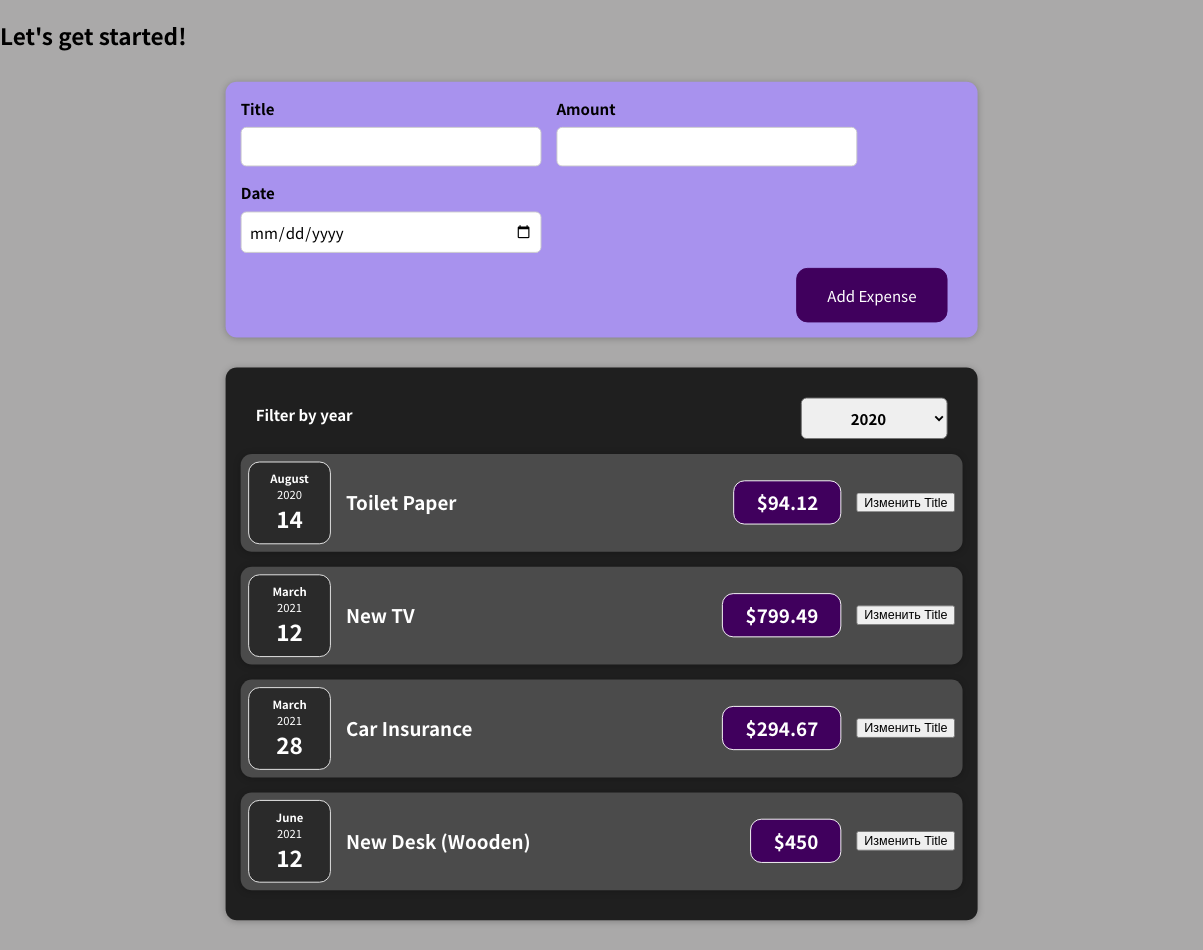
Repository: otvertka/MSC
Page: /
An editor plug-in stored every save of this project. The page is shown before and after the next save, followed by the edit.
The browser window is 1280 px wide. The pictures show the whole page, at 94% of full size.
The project was rebuilt for these pictures with package versions that can differ from the ones it lists, and the page was loaded fresh each time.

Above is the page before, as saved 2023-06-25 12:47:36.

### src/index.css
@import url("https://fonts.googleapis.com/css2?family=Noto+Sans+JP:wght@400;700&display=swap");

* {
  box-sizing: border-box;
}

html {
  font-family: "Noto Sans JP", sans-serif;
}

body {
  margin: 0;
  background-color: #aaa9a9;
}

### src/App.js
// import ExpenseItem from "./components/ExpenseItem";
import Expenses from "./components/Expenses/Expenses";
import React from "react";
import NewExpense from "./components/NewExpense/NewExpense";
// import Products from "./components/Products";

const App = () => {
  const expenses = [
    {
      id: "e1",
      title: "Toilet Paper",
      amount: 94.12,
      date: new Date(2020, 7, 14),
    },
    { id: "e2", title: "New TV", amount: 799.49, date: new Date(2021, 2, 12) },
    {
      id: "e3",
      title: "Car Insurance",
      amount: 294.67,
      date: new Date(2021, 2, 28),
    },
    {
      id: "e4",
      title: "New Desk (Wooden)",
      amount: 450,
      date: new Date(2021, 5, 12),
    },
  ];

  const addExpenseHandler = (expense) => {
    console.log("In App.js");
    console.log(expense);
  };

  return (
    <div>
      <h2>Let's get started!</h2>
      <NewExpense onAddExpense={addExpenseHandler} />
      <Expenses items={expenses} />
    </div>
  );
};

export default App;

### src/components/Expenses/Expenses.js
import React, { useState } from "react";
import ExpenseItem from "./ExpenseItem";

import "./Expenses.css";
import Card from "../UI/Card";
import ExpensesFilter from "./ExpensesFilter";

const Expenses = (props) => {
  const [filteredYear, setFilteredYear] = useState("2020");
  const [filterInfoText, setFilterInfoText] = useState("2019, 2021 & 2022");

  const filterChangeHandler = (selectedYear) => {
    setFilteredYear(selectedYear);
    if (selectedYear === "2019") {
      setFilterInfoText("2020, 2021 & 2022");
    } else if (selectedYear === "2020") {
      setFilterInfoText("2019, 2020, 2022");
    } else if (selectedYear === "2021") {
      setFilterInfoText("2019, 2020 & 2022");
    } else {
      setFilterInfoText("2019, 2020 & 2021");
    }
  };
  return (
    <div>
      <Card className="expenses">
        <ExpensesFilter
          selected={filteredYear}
          onChangeFilter={filterChangeHandler}
        />
        <ExpenseItem
          title={props.items[0].title}
          amount={props.items[0].amount}
          date={props.items[0].date}
        />
        <ExpenseItem
          title={props.items[1].title}
          amount={props.items[1].amount}
          date={props.items[1].date}
        />
        <ExpenseItem
          title={props.items[2].title}
          amount={props.items[2].amount}
          date={props.items[2].date}
        />
        <ExpenseItem
          title={props.items[3].title}
          amount={props.items[3].amount}
          date={props.items[3].date}
        />
      </Card>
    </div>
  );
};

export default Expenses;

### src/components/NewExpense/NewExpense.js
import React from "react";
import ExpenseForm from "./ExpenseForm";
import "./NewExpense.css";

const NewExpense = (props) => {
  const saveExpenseDataHandler = (enteredExpenseData) => {
    const expenseData = {
      ...enteredExpenseData,
      id: Math.random().toString(),
    };
    props.onAddExpense(expenseData);
  };

  return (
    <div className="new-expense">
      <ExpenseForm onSaveExpenseData={saveExpenseDataHandler} />
    </div>
  );
};
export default NewExpense;

### src/components/Expenses/ExpenseItem.js
import React, { useState } from "react";
import Card from "../UI/Card";
import ExpenseDate from "./ExpenseDate";
import "./ExpenseItem.css";

const ExpenseItem = (props) => {
  const [title, setTitle] = useState(props.title);
  console.log("ExpenseItem evaluated by React");

  const clickHandler = () => {
    setTitle("Обновили!");
  };
  return (
    //
    <Card className="expense-item">
      <ExpenseDate date={props.date} />
      <div className="expense-item__description">
        <h2>{title}</h2>
        <div className="expense-item__price">${props.amount}</div>
        <button onClick={clickHandler}>Изменить Title</button>
      </div>
    </Card>
  );
};

export default ExpenseItem;

### src/components/Expenses/ExpensesFilter.js
import React from "react";

import "./ExpensesFilter.css";

// const ExpensesFilter = (props) => {
//     const chooseExpenseFilter = (choosingFilterData)=> {
//         const choosingData = {
//             choosingFilterData
//         }
//         props.onChooseFilter(choosingData)
//     }
const ExpensesFilter = (props) => {
  const dropdownChangeHandler = (event) => {
    props.onChangeFilter(event.target.value);
  };
  return (
    <div className="expenses-filter">
      <div className="expenses-filter__control">
        <label>Filter by year</label>
        <select value={props.selected} onChange={dropdownChangeHandler}>
          <option value="2022">2022</option>
          <option value="2021">2021</option>
          <option value="2020">2020</option>
          <option value="2019">2019</option>
        </select>
      </div>
    </div>
  );
};

export default ExpensesFilter;

### src/components/NewExpense/ExpenseForm.js
import React, { useState } from "react";
import "./ExpenseForm.css";

const ExpenseForm = (props) => {
  const [enteredTitle, setEnteredTitle] = useState("");
  const [enteredAmount, setEnteredAmount] = useState("");
  const [enteredDate, setEnteredDate] = useState("");

  // const [userInput, setUserInput] = useState({
  //   enteredTitle: "",
  //   enteredAmount: "",
  //   enteredDate: "",
  // });

  const titleChangeHandler = (event) => {
    setEnteredTitle(event.target.value);
    console.log(event.target.value);
    // setUserInput({
    //   ...userInput,
    //   enteredTitle: event.target.value,
    // });
    // console.log(enteredTitle);

    // setUserInput((prevState) => {
    //   return { ...prevState, enteredTitle: event.target.value };
    // });
  };

  const amountChangeHandler = (event) => {
    setEnteredAmount(event.target.value);
    // setUserInput({
    //   ...userInput,
    //   enteredAmount: event.target.value,
    // });
    // console.log(enteredAmount);
  };

  const dateChangeHandler = (event) => {
    setEnteredDate(event.target.value);
    // setUserInput({
    //   ...userInput,
    //   enteredDate: event.target.value,
    // });
    // console.log(enteredDate);
  };

  // альтернативный способ в 1 функции
  // const inputChangeHandler = (identifier, value) => {
  //   if (identifier === "title") {
  //     setEnteredTitle(value);
  //   } else if (identifier === "date") {
  //     setEnteredDate(value);
  //   } else {
  //     setEnteredAmount(value);
  //   }
  //   console.log(value);
  // };

  const submitHandler = (event) => {
    event.preventDefault();

    const expenseData = {
      title: enteredTitle,
      amount: enteredAmount,
      date: new Date(enteredDate),
    };
    props.onSaveExpenseData(expenseData);
    setEnteredTitle("");
    setEnteredAmount("");
    setEnteredDate("");
  };
  return (
    <div>
      <form onSubmit={submitHandler}>
        <div className="new-expense__controls">
          <div className="new-expense__control">
            <label>Title</label>
            <input
              type="text"
              value={enteredTitle}
              onChange={titleChangeHandler}
            />
          </div>
          <div className="new-expense__control">
            <label>Amount</label>
            <input
              type="number"
              min="0.01"
              step="0.01"
              value={enteredAmount}
              onChange={amountChangeHandler}
            />
          </div>
          <div className="new-expense__control">
            <label>Date</label>
            <input
              type="date"
              min="2019-01-01"
              max="2022-12-31"
              value={enteredDate}
              onChange={dateChangeHandler}
            />
          </div>
        </div>
        <div className="new-expense__actions">
          <button type="submit">Add Expense</button>
        </div>
      </form>
    </div>
  );
};

export default ExpenseForm;

////////////// TODO
// import React, {useState} from 'react';

// import './styles.css';

// // don't change the Component name "App"
// export default function App() {
//     const [count, setCount] = React.useState(0);

// const changeCount =(event)=> {
//     setCount(event.target.value++);
// }

//     return (
//       <div>
//         <p id="counter">{count}</p>
//         <button onClick={changeCount}>Increment</button>
//       </div>
//     );
// }

### src/components/NewExpense/NewExpense.css
.new-expense {
  background-color: #a892ee;
  padding: 1rem;
  margin: 2rem auto;
  width: 50rem;
  max-width: 95%;
  border-radius: 12px;
  text-align: center;
  box-shadow: 0 1px 8px rgba(0, 0, 0, 0.25);
}

.new-expense button {
  font: inherit;
  cursor: pointer;
  padding: 1rem 2rem;
  border: 1px solid #40005d;
  background-color: #40005d;
  color: white;
  border-radius: 12px;
  margin-right: 1rem;
}

.new-expense button:hover,
.new-expense button:active {
  background-color: #510674;
  border-color: #510674;
}

.new-expense button.alternative {
  color: #220131;
  border-color: transparent;
  background-color: transparent;
}

.new-expense button.alternative:hover,
.new-expense button.alternative:active {
  background-color: #ddb3f8;
}

### src/components/Expenses/ExpenseItem.css
.expense-item {
  display: flex;
  justify-content: space-between;
  align-items: center;
  padding: 0.5rem;
  margin: 1rem 0;
  background-color: #4b4b4b;
}

.expense-item__description {
  display: flex;
  flex-direction: column;
  gap: 1rem;
  align-items: flex-end;
  flex-flow: column-reverse;
  justify-content: flex-start;
  flex: 1;
}

.expense-item h2 {
  color: #3a3a3a;
  font-size: 1rem;
  flex: 1;
  margin: 0 1rem;
  color: white;
}

.expense-item__price {
  font-size: 1rem;
  font-weight: bold;
  color: white;
  background-color: #40005d;
  border: 1px solid white;
  padding: 0.5rem;
  border-radius: 12px;
}

@media (min-width: 580px) {
  .expense-item__description {
    flex-direction: row;
    align-items: center;
    justify-content: flex-start;
    flex: 1;
  }

  .expense-item__description h2 {
    font-size: 1.25rem;
  }

  .expense-item__price {
    font-size: 1.25rem;
    padding: 0.5rem 1.5rem;
  }
}

Loaded but not shown: public/index.html (common file); src/index.js (common file); src/components/Expenses/Expenses.css (common file); src/components/UI/Card.js (common file); src/components/Expenses/ExpenseDate.js (common file); src/components/UI/Card.css (common file); src/components/Expenses/ExpensesFilter.css (common file); src/components/NewExpense/ExpenseForm.css (common file); src/components/Expenses/ExpenseDate.css (common file)

After the next save:
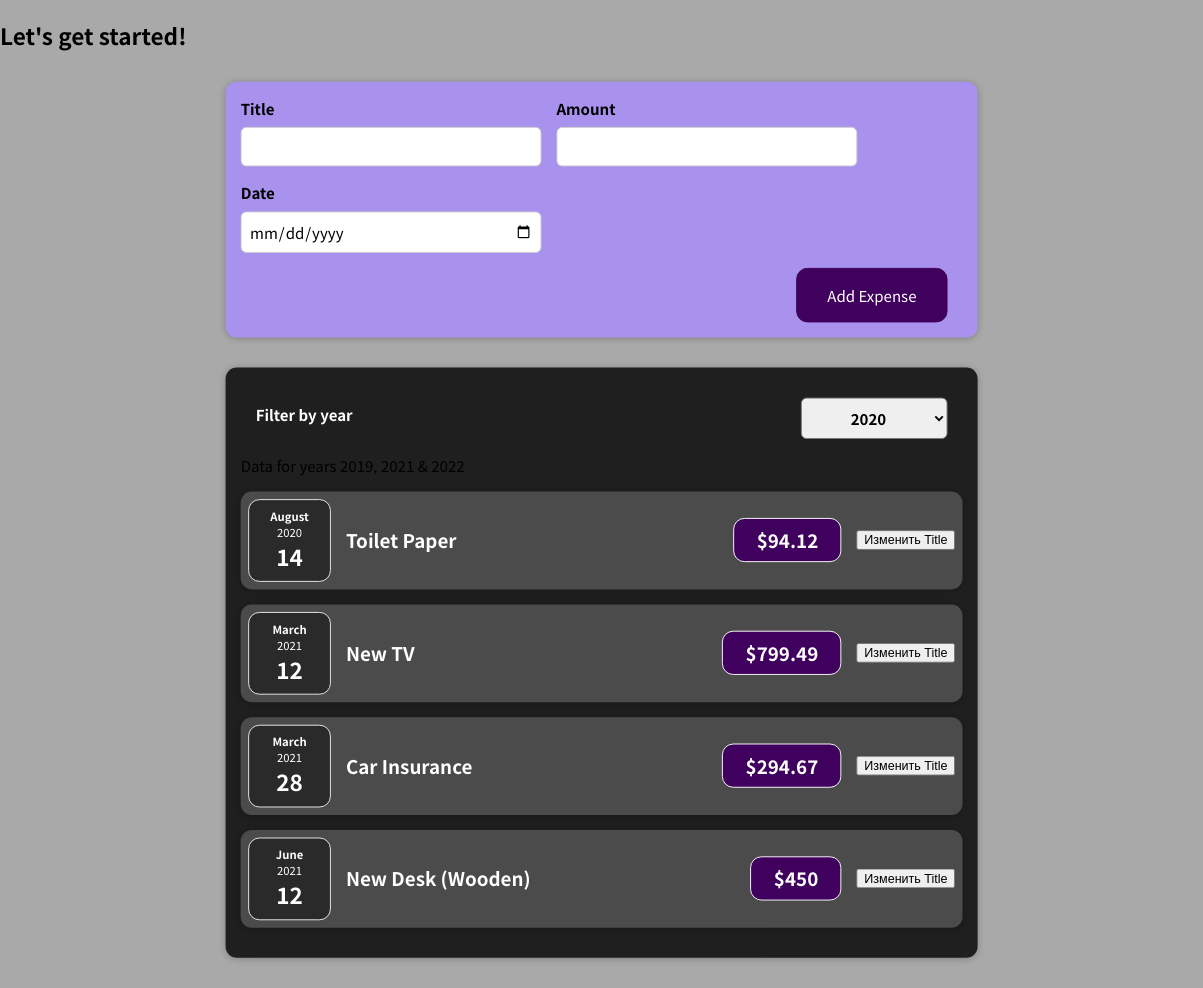
Saved 113 s later.
--- a/src/components/Expenses/Expenses.js
+++ b/src/components/Expenses/Expenses.js
@@ -28,6 +28,7 @@ const Expenses = (props) => {
           selected={filteredYear}
           onChangeFilter={filterChangeHandler}
         />
+        <p>Data for years {filterInfoText}</p>
         <ExpenseItem
           title={props.items[0].title}
           amount={props.items[0].amount}
